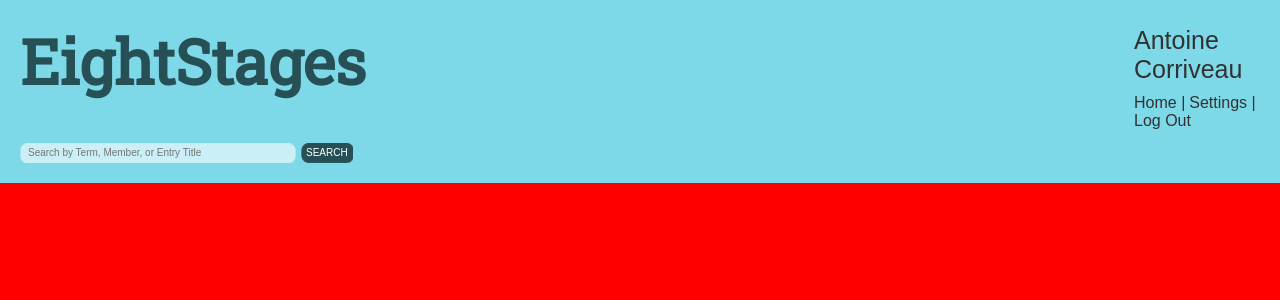
Repository: bhattaraib58/eighstages-lf-design
Page: Assignment 3/Eight Stages Website Mockup Done/index.html
The author's editor kept a copy of each file at every save. The page is drawn from the files as they stood at one save, then again after the next save.
The browser window is 1280 px wide. The pictures show the whole page.
Some web fonts or font styles are not loaded; a fallback is used.

Above is the page before, as saved 2019-06-09 22:37:41.

After the next save:
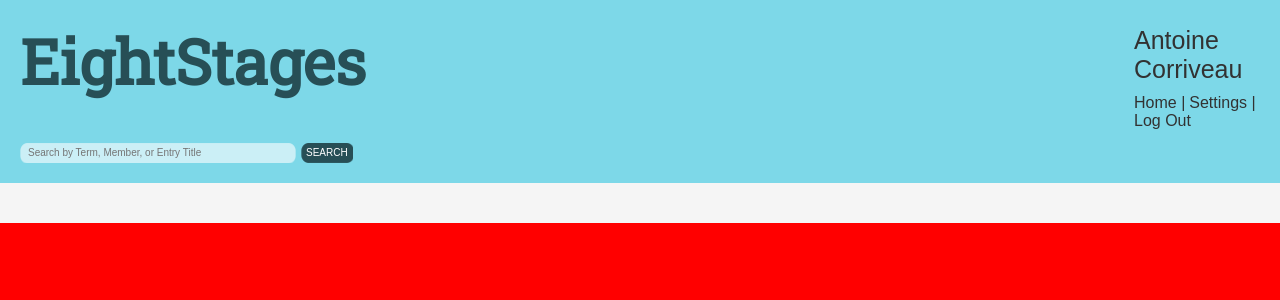
Saved 19 s later.
--- a/Assignment 3/Eight Stages Website Mockup Done/css/style.css
+++ b/Assignment 3/Eight Stages Website Mockup Done/css/style.css
@@ -100,3 +100,8 @@
     font-family: "Istok Web ", sans-serif;
     font-size: 16px;
 }
+
+.bottom-header {
+    background-color: #f5f5f5;
+    padding: 20px;
+}
